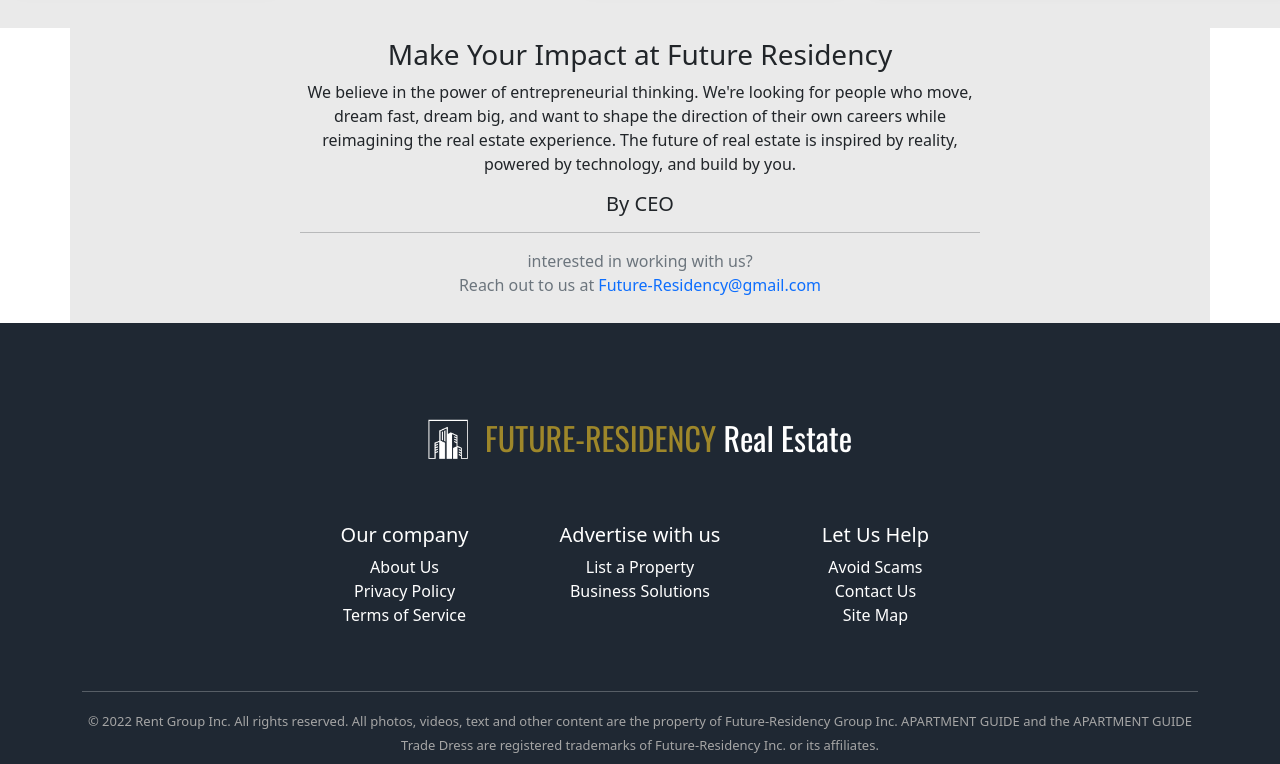
Repository: pyaestk/Future-residency
Page: aboutUs.html
The author's editor kept a copy of each file at every save. The page is drawn from the files as they stood at one save, then again after the next save.
The browser window is 1280 px wide. The pictures show the part of the page from y = 804 to 1568 px (the page is 1568 px tall).
A picture or video elsewhere on the page could not be fetched, so the positions and the page height are approximate.

Above is the page before, as saved 2022-12-13 19:45:57.

After the next save:
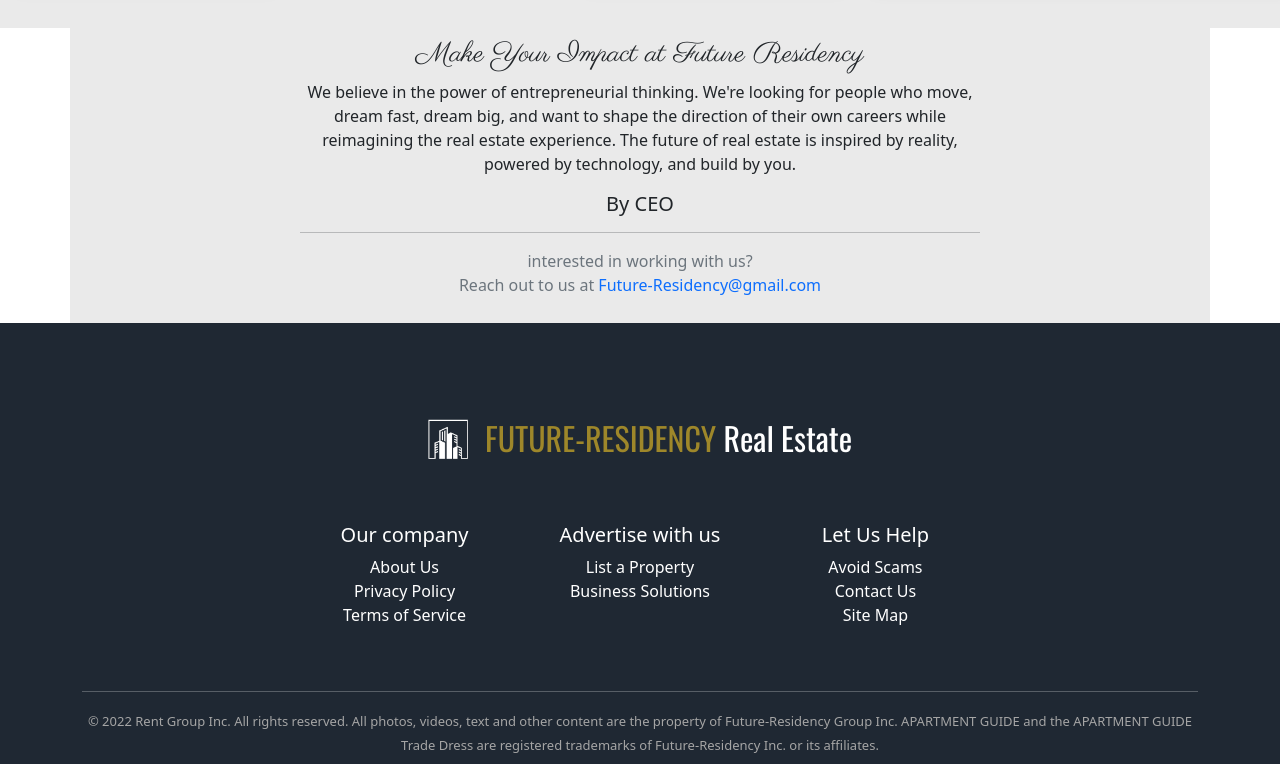
Saved 36 s later.
--- a/aboutUs.html
+++ b/aboutUs.html
@@ -146,7 +146,7 @@
   <div class="container group2">
     <div class="row justify-content-md-center conclusion">
       <div class="col-md-8 text-center px-5" id="reveal3">
-        <h3>Make Your Impact at Future Residency</h3>
+        <h3 style="  font-family: 'Parisienne', cursive;">Make Your Impact at Future Residency</h3>
         <p>We believe in the power of entrepreneurial thinking. We're looking for people who move, dream fast, dream big,
           and want to shape the direction of their own careers while reimagining the real estate experience. The future of
           real estate is inspired by reality, powered by technology, and build by you.
